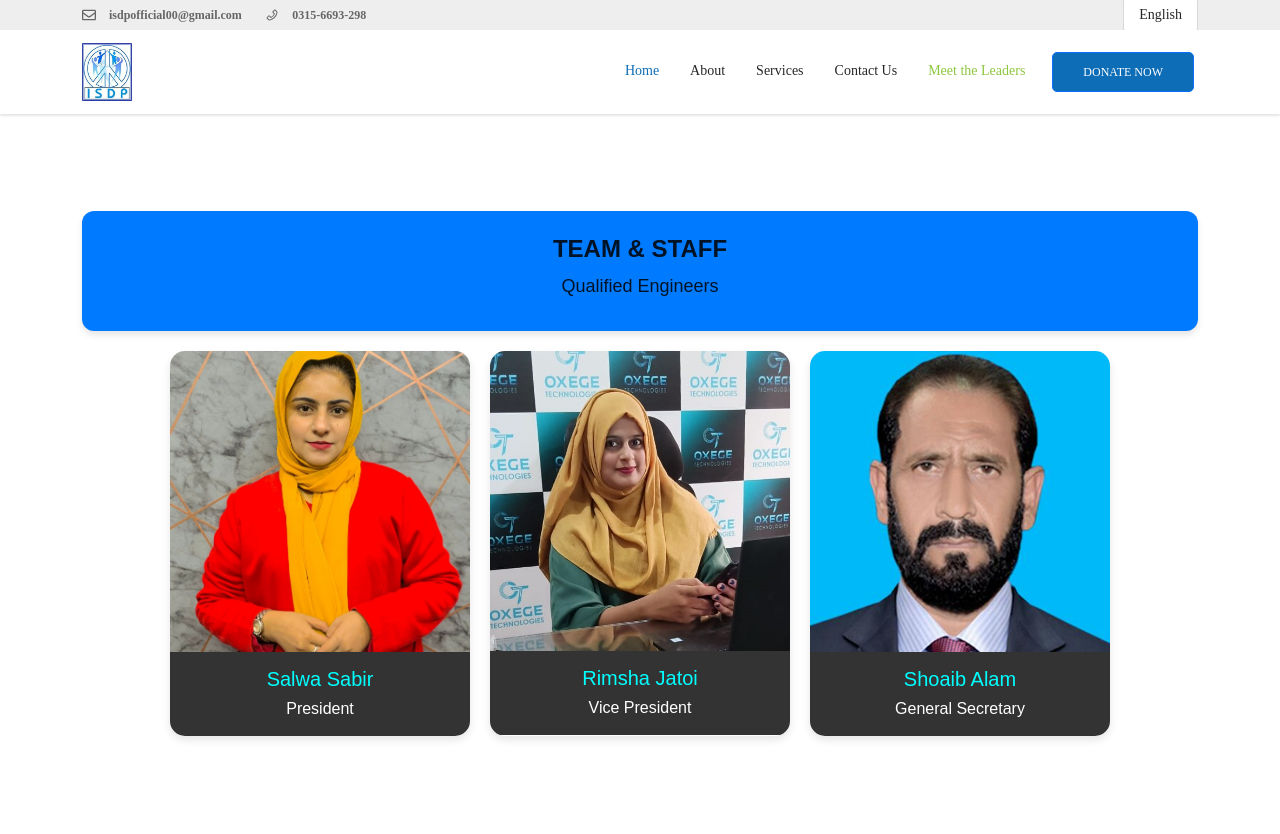
Repository: mfaizanakram8/isdp
Page: team.html
The author's editor kept a copy of each file at every save. The page is drawn from the files as they stood at one save, then again after the next save.
The browser window is 1280 px wide. The pictures show the part of the page from y = 0 to 834 px (the page is 1410 px tall).
Pictures or frames that could not be fetched are drawn as grey boxes. Some web fonts or font styles are not loaded; a fallback is used.

Above is the page before, as saved 2025-02-23 00:33:04.

After the next save:
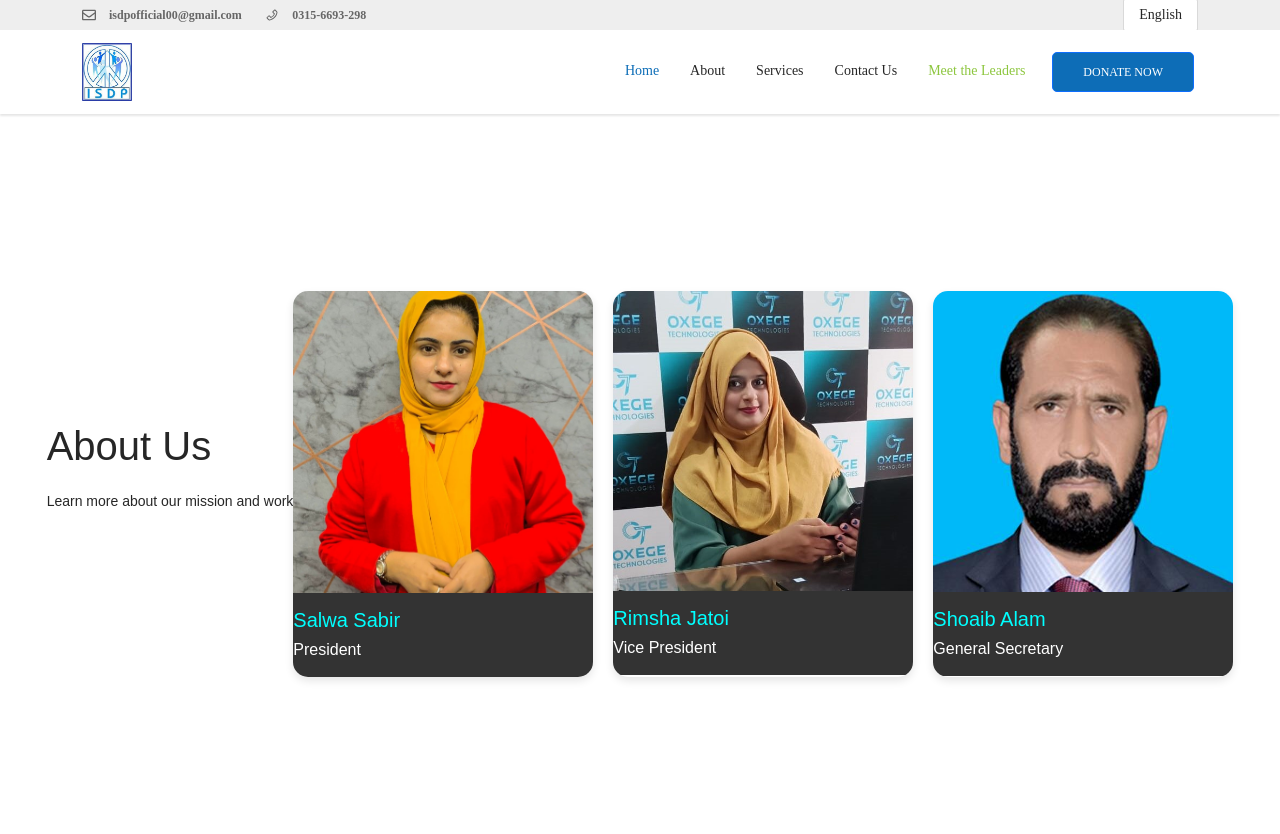
Saved 64 s later.
--- a/team.html
+++ b/team.html
@@ -487,12 +487,10 @@
 
 <div class="maincont">
 
-    <div class="container">
-
-      <div style="background-color: #007bff; color: white; border-radius: 12px; padding: 24px;   box-shadow: 0px 4px 6px rgba(0, 0, 0, 0.1); text-align: center;">
-        <h1 style="font-size: 24px; font-weight: bold;">TEAM & STAFF</h1>
-        <h2 style="font-size: 18px;">Qualified Engineers</h2>
-    </div>
+  <header>
+    <h1>About Us</h1>
+    <p>Learn more about our mission and work</p>
+</header>
         <div class="team-members">
             <div class="member">
                 <img src="t3.jpeg" alt="Lionel Wurtch Bach">
